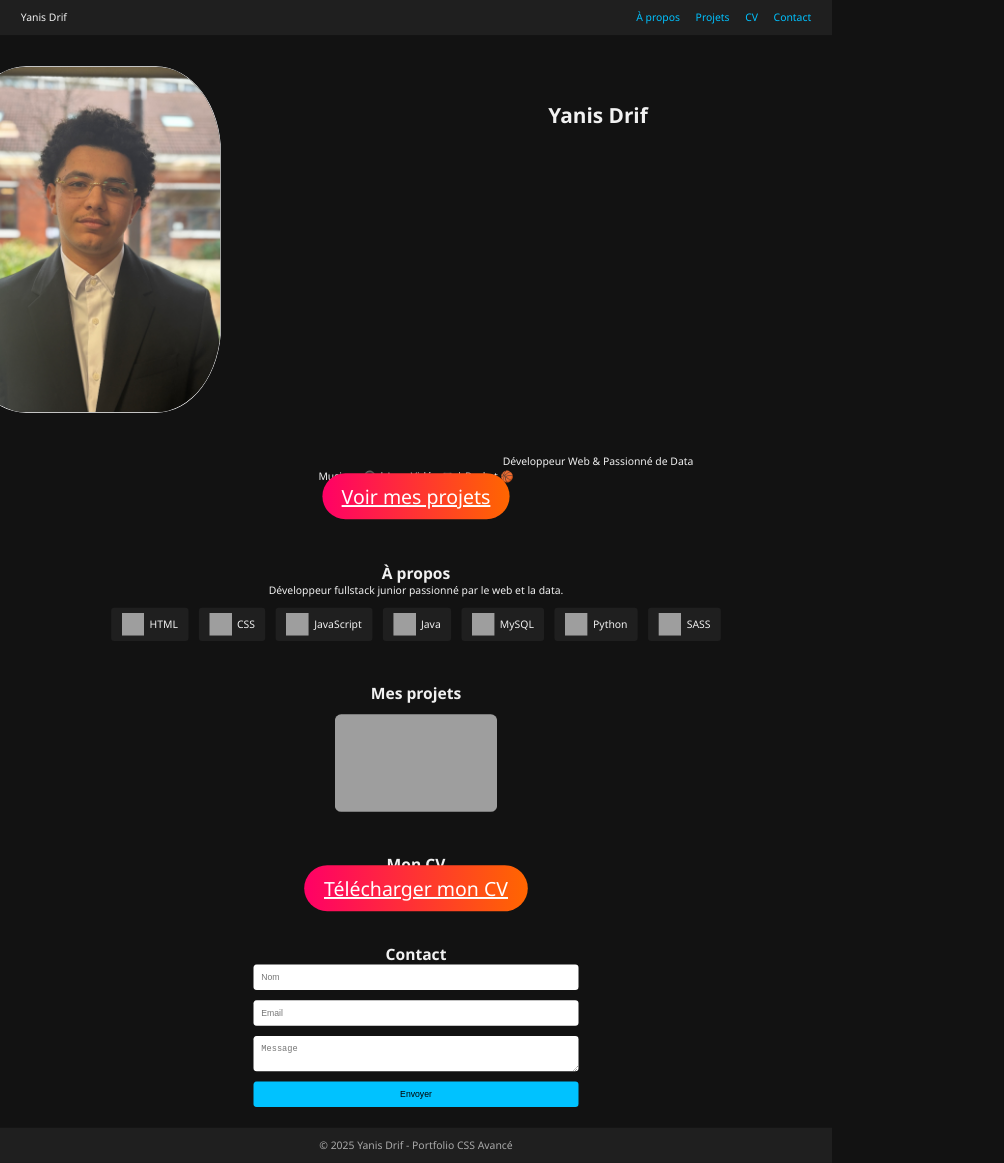
Repository: Yxniiss/ProjetCssAvance
Page: OneDrive/Bureau/Portfolio DrifYanis/home.html
These files come from the project's save history. The page is drawn as it stood at one moment and after the next save; the edit follows.
The browser window is 1280 px wide. The page is 1544 px wide, so the pictures cover 1544 px, including what lies to the right of the window. The pictures show the whole page, at 65% of full size.
Pictures or frames that could not be fetched are drawn as grey boxes.

Above is the page before, as saved 2025-04-10 10:33:59.
Console error: TypeError: Cannot set properties of null (setting 'textContent')

### OneDrive/Bureau/Portfolio DrifYanis/home.html
<!DOCTYPE html>
<html lang="fr">
<head>
  <meta charset="UTF-8" />
  <meta name="viewport" content="width=device-width, initial-scale=1.0" />
  <title>Portfolio - Yanis Drif</title>
  <link rel="stylesheet" href="/style.css" />
  <script defer src="/script.js"></script>
</head>
<body>
  <nav class="navbar">
    <div class="logo">Yanis Drif</div>
    <ul class="nav-links">
      <li><a href="#apropos">À propos</a></li>
      <li><a href="#projets">Projets</a></li>
      <li><a href="#cv">CV</a></li>
      <li><a href="#contact">Contact</a></li>
    </ul>
  </nav>

  <header class="hero">
    <img src="/image/IMG_0965 (2).jpeg" alt="Photo de profil" class="hero__image" />
    <div class="hero__content">
      <h1 class="hero__name">Yanis Drif</h1>
      <p class="hero__tagline">Développeur <span>Web</span> & Passionné de Data</p>
      <p class="hero__desc">Musique 🎧 | Jeux Vidéo 🎮 | Basket 🏀</p>
      <a href="#projets" class="btn">Voir mes projets</a>
    </div>
  </header>

  <section id="apropos" class="section about">
    <h2>À propos</h2>
    <p>Développeur fullstack junior passionné par le web et la data.</p>
    <div class="skills">
      <div class="skill"><img src="https://devicon-website.vercel.app/api/html5/original-wordmark.svg" alt="HTML">HTML</div>
      <div class="skill"><img src="https://devicon-website.vercel.app/api/css3/original-wordmark.svg" alt="CSS">CSS</div>
      <div class="skill"><img src="https://devicon-website.vercel.app/api/javascript/original.svg" alt="JavaScript">JavaScript</div>
      <div class="skill"><img src="https://devicon-website.vercel.app/api/java/original-wordmark.svg" alt="Java">Java</div>
      <div class="skill"><img src="https://devicon-website.vercel.app/api/mysql/plain-wordmark.svg" alt="MySQL">MySQL</div>
      <div class="skill"><img src="https://devicon-website.vercel.app/api/python/original-wordmark.svg" alt="Python">Python</div>
      <div class="skill"><img src="https://devicon-website.vercel.app/api/sass/original.svg" alt="SASS">SASS</div>
    </div>
  </section>

  <section id="projets" class="section projets">
    <h2>Mes projets</h2>
    <div class="projects carousel">
      <img src="img/Capture d'écran 2025-04-09 23345.png" alt="Projet 1"/>
      <img src="/img/Capture d'écran 2025-04-09 12402 (1).png" alt="Projet 2" />
      <img src="/img/ChatGPT Image 9 avr. 2025, 23_49_51.png" alt="Projet 3" />
    </div>
  </section>

  <section id="cv" class="section cv">
    <h2>Mon CV</h2>
    <a href="/doc/CV Yanis (1) (1).pdf" download class="btn">Télécharger mon CV</a>
  </section>

  <section id="contact" class="section contact">
    <h2>Contact</h2>
    <form class="contact-form">
      <input type="text" placeholder="Nom" required />
      <input type="email" placeholder="Email" required />
      <textarea placeholder="Message" required></textarea>
      <button type="submit">Envoyer</button>
    </form>
  </section>

  <footer>
    <p>&copy; 2025 Yanis Drif - Portfolio CSS Avancé</p>
  </footer>
</body>
</html>

### OneDrive/Bureau/Portfolio DrifYanis/style.css
* {
    margin: 0;
    padding: 0;
    box-sizing: border-box;
  }

  body {
    font-family: "Segoe UI", sans-serif;
    background-color: #121212;
    color: #f1f1f1;
  }

  .navbar {
    display: flex;
    justify-content: space-between;
    padding: 1rem 2rem;
    background-color: #1f1f1f;
  }

  .nav-links {
    display: flex;
    list-style: none;
    gap: 1.5rem;
  }

  .nav-links a {
    color: #00c2ff;
    text-decoration: none;
  }

  .hero {
    padding: 3rem 1rem;
    text-align: center;

  }

  .hero__name{
    position: relative;
    left: 280px;
    bottom:500px;

  }

  .hero__tagline{
    position: relative;
    left:280px
  }

  .hero__image {
    border-radius: 25%;
    width: 400px;
    border: 1px solid #ffffff;
    margin-bottom: 1rem;
    position: relative;
    right:500px ;
  }

  .section {
    padding: 2rem 1rem;
    text-align: center;
  }

  .projects {
    display: flex;
    justify-content: center;
    gap: 1rem;
    flex-wrap: wrap;
    margin-top: 1rem;
  }

  .projects img {
    width: 250px;
    height: 150px;
    -o-object-fit: cover;
       object-fit: cover;
    border-radius: 10px;
  }

  .skills {
    display: flex;
    flex-wrap: wrap;
    gap: 1rem;
    justify-content: center;
    margin-top: 1rem;
  }

  .skill {
    display: flex;
    align-items: center;
    gap: 0.5rem;
    background-color: #1f1f1f;
    padding: 0.5rem 1rem;
    border-radius: 5px;
  }

  .skill img {
    width: 35px;
    height: 35px;
  }

  footer {
    padding: 1rem;
    text-align: center;
    background-color: #1f1f1f;
    color: #aaa;
  }

  .btn {
    padding: 15px 30px;
    font-size: 30px;
    color:white;
    background: linear-gradient(90deg, #ff0066, #ff6600);
    border:none;
    border-radius: 50px;
    cursor: pointer;
    box-shadow: 0 4px 15px rgba(255,0,102,0);
    transition: box-shadow 0.3s ease, transform 0.3s ease;
  }

  .btn:hover{
    box-shadow: 0 10px 20px rgba(255,0,102,0.5);
    transform: translateY(-3px);
  }

  .contact-form {
    max-width: 500px;
    margin: auto;
    display: flex;
    flex-direction: column;
    gap: 1rem;
  }

  .contact-form input,
  .contact-form textarea {
    padding: 0.75rem;
    border: none;
    border-radius: 5px;
  }

  .contact-form button {
    background-color: #00c2ff;
    color: #000;
    padding: 0.75rem;
    border: none;
    border-radius: 5px;
    cursor: pointer;
  }

  .start h1{
    text-align: left;
    margin-top: 100px;
    font-size: 35px;
    margin-left: 100px;
  }

  .start h2{
    text-align: left;
    margin-top: 1px;
    font-size: 70px;
    margin-left: 100px;
  }

  .start h3{
    text-align: left;
    margin-top: 1px;
    font-size: 35px;
    margin-left: 100px;
  }

  #mot {
    color:#00c2ff;
  }

  #cursor{
    display: inline-block;
    width: 10px;
    background-color:black;
    animation: blink 0.8s step-end infinite;
  }

  @keyframes blink{
    50% {
      opacity: 0;
    }
  }

  @keyframes typing{
    from{
      width: 0;
    }
    to{
      width: 100%;
    }
  }

  #main{
    opacity: 0;
    transform: translateY(0);
    transition: opacity 5s ease, transform 5s ease;
  }

  body.loaded #main{
    opacity: 1;
    transform: translateY(0);
  }


  .start p{
    text-align: left;
    margin-left: 100px;
    margin-top: 20px;
    font-size: 20px;
  }

  .ntwrks {
    position: absolute;
    top: 410px;
    left: 110px;
    display: flex;
    flex-wrap: wrap;
    gap: 1rem;
  }

  .ntwrk {
    display: flex;
    align-items: center;
    gap: 0.5rem;
    background-color: #1f1f1f;
    padding: 1rem 1rem;
    border-radius: 100px;
    transition: 0.3s ease, opacity 0.3s ease;
  }

  .ntwrk:hover{
    transform: scale(1.2);
    opacity: 0.8;
  }

  .ntwrk img {
    width: 30px;
    height: 30px;
  }

  .modern-button{
    background-color:#00c2ff;
    font-size: 16px;
    font-weight: bold;
    border:none;
    padding: 15px 30px;
    border-radius: 25px;
    cursor: pointer;
    outline: none;
    position: relative;
    right:550px;
    top:120px;
    animation:glow 1.5s infinite alternate;
    transition: 0.3s ease, opacity 0.3s ease;
  }

  .modern-button a{
    color:white;
    text-decoration: none;
  }

  .modern-button:hover{
    transform: scale(1.2);
    opacity: 1;
  }

  @keyframes glow{
    0%{
      box-shadow: 0 0 10px 5px rgba(0, 194, 255, 0.6), 0 0 20px 10px rgba(0, 194, 255, 0.4);
    }
    100%{
      box-shadow: 0 0 20px 10px rgba(0, 194, 255, 1), 0 0 30px 15px rgba(0, 194, 255, 0.8);
    }
  }

  .image{
    max-width: 30%;
    position: relative;
    bottom: 350px;
    left: 350px;
  }

### OneDrive/Bureau/Portfolio DrifYanis/script.js

document.addEventListener('DOMContentLoaded', () => {
    // Scroll fluide
    document.querySelectorAll('a[href^="#"]').forEach(anchor => {
      anchor.addEventListener('click', function (e) {
        e.preventDefault();
        const target = document.querySelector(this.getAttribute('href'));
        if (target) {
          target.scrollIntoView({ behavior: 'smooth' });
        }
      });
    });

    // Carrousel automatique
    const images = document.querySelectorAll('.carousel img');
    let currentIndex = 0;

    function showSlide(index) {
      images.forEach((img, i) => {
        img.style.display = i === index ? 'block' : 'none';
      });
    }

    function nextSlide() {
      currentIndex = (currentIndex + 1) % images.length;
      showSlide(currentIndex);
    }

    if (images.length > 0) {
      showSlide(currentIndex);
      setInterval(nextSlide, 3000); // change every 3 seconds
    }
  });

  const mot = ["Etudiant", "Developpeur web", "Pasionné de code","Developpeur fullstack"];
  let index = 0;
  const element = document.getElementById("mot");
  const cursor = document.getElementById("cursor");

  let typingInterval;
  let currentWord = "";
  let currentCharIndex = 0;

  function  commencerTypingAnimation(){
    currentWord=mot[index];
    currentCharIndex = 0;
    element.textContent = '';

    typingInterval = setInterval(() =>{
      element.textContent += currentWord.charAt(currentCharIndex);
      currentCharIndex++;

      if(currentCharIndex === currentWord.length){
        clearInterval(typingInterval);
        setTimeout(changerMot,1000);
      }
    },150);
  }

  function changerMot(){
    element.textContent=mot[index];
    index++;
    if(index===mot.length){
      index=0;
    }
    commencerTypingAnimation();
  }
  commencerTypingAnimation();

  window.addEventListener('load', function () {
    document.body.classList.add('loaded');
  });

After the next save:
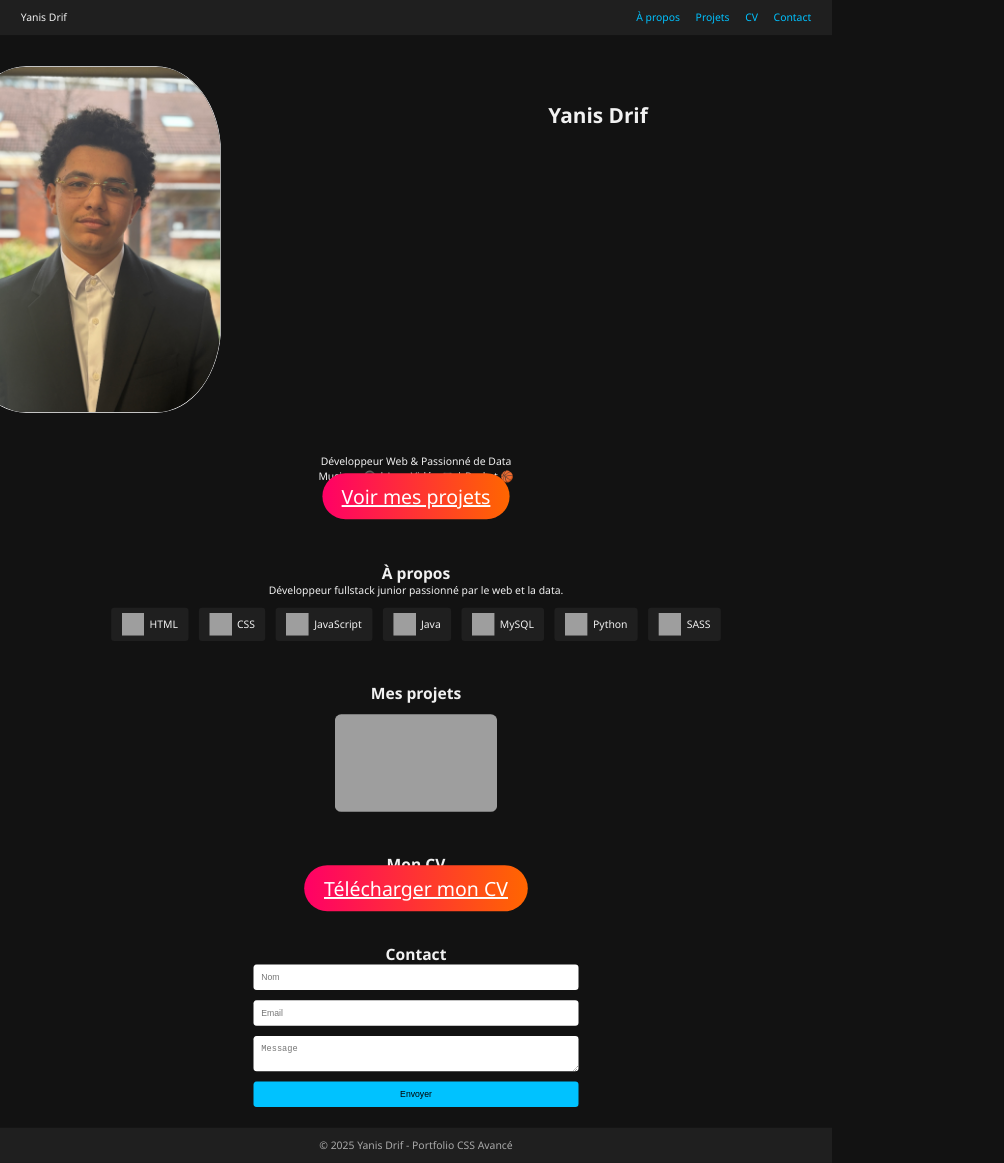
Saved 22 s later.
--- a/OneDrive/Bureau/Portfolio DrifYanis/style.css
+++ b/OneDrive/Bureau/Portfolio DrifYanis/style.css
@@ -44,6 +44,7 @@
   .hero__tagline{
     position: relative;
     left:280px
+    bottom:490px;
   }
 
   .hero__image {
